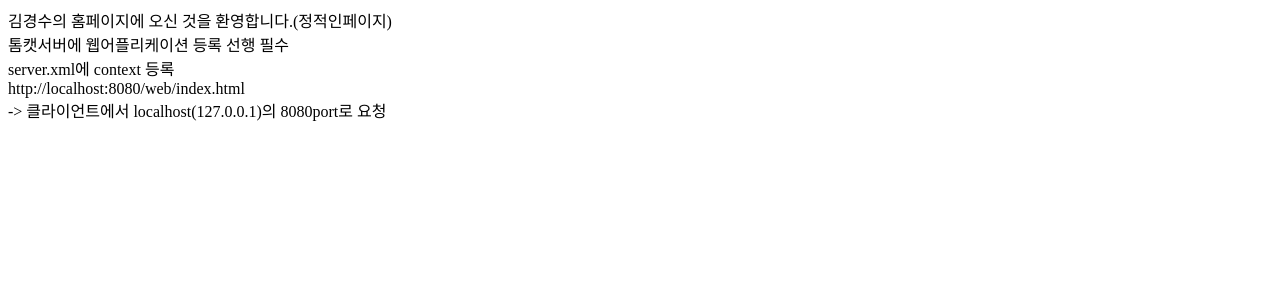
Repository: ainokks071/ServletJSP
Page: WEB/webapp/index.html
These files come from the project's save history. The page is drawn as it stood at one moment and after the next save; the edit follows.
The browser window is 1280 px wide. The pictures show the whole page.

Above is the page before, as saved 2023-07-31 07:53:03.

### WEB/webapp/index.html
<!DOCTYPE html>
<html>
<head>
<meta charset="UTF-8">
<title>Insert title here</title>
</head>
<body>

김경수의 홈페이지에 오신 것을 환영합니다.(정적인페이지) <br>
톰캣서버에 웹어플리케이션 등록 선행 필수 <br>
server.xml에 context 등록 <br>
http://localhost:8080/web/index.html <br>
-> 클라이언트에서 localhost(127.0.0.1)의 8080port로 요청<br>
</body>
</html>

After the next save:
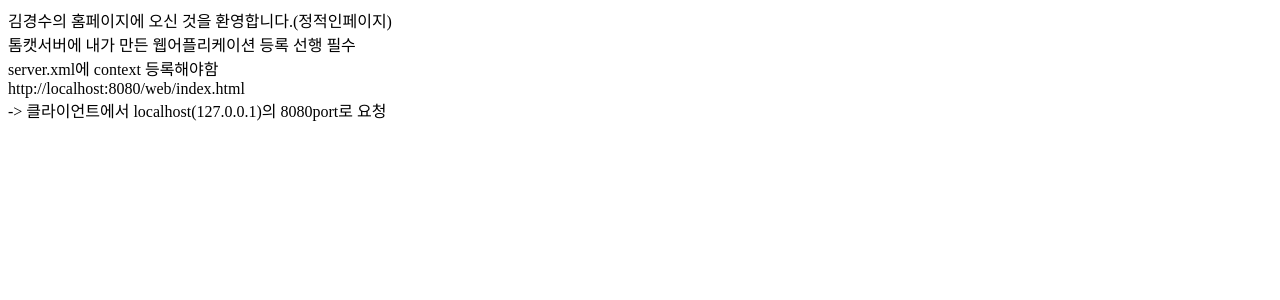
Saved 82 s later.
--- a/WEB/webapp/index.html
+++ b/WEB/webapp/index.html
@@ -7,8 +7,8 @@
 <body>
 
 김경수의 홈페이지에 오신 것을 환영합니다.(정적인페이지) <br>
-톰캣서버에 웹어플리케이션 등록 선행 필수 <br>
-server.xml에 context 등록 <br>
+톰캣서버에 내가 만든 웹어플리케이션 등록 선행 필수 <br>
+server.xml에 context 등록해야함 <br>
 http://localhost:8080/web/index.html <br>
 -> 클라이언트에서 localhost(127.0.0.1)의 8080port로 요청<br>
 </body>
